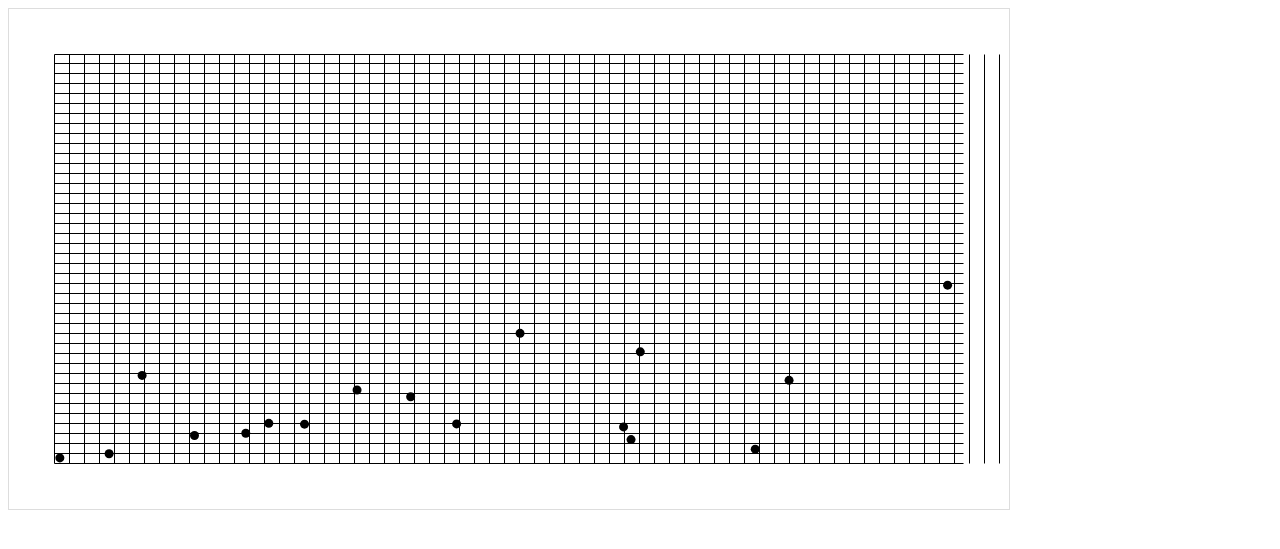
Repository: cw19931024/Demo
Page: canvas.html
The author's editor kept a copy of each file at every save. The page is drawn from the files as they stood at one save, then again after the next save.
The browser window is 1280 px wide. The pictures show the whole page.

Above is the page before, as saved 2017-07-27 17:29:10.

### canvas.html
<!DOCTYPE html>
<html lang="en">

<head>
    <meta charset="UTF-8">
    <meta name="viewport" content="width=device-width, initial-scale=1.0">
    <meta http-equiv="X-UA-Compatible" content="ie=edge">
    <style>
        canvas {
            width: 1000px;
            height: 500px;
            margin: 0 auto;
            border: 1px solid #ddd;
        }
    </style>
    <title>Document</title>
</head>

<body>
    <canvas id="canvas" width="1000" height="500"></canvas>
</body>
<script>
    var data = [
        [0.85, 2.57],
        [50.1, 6.72],
        [83.09, 85.11],
        [135.5, 25.01],
        [186.77, 27.26],
        [209.82, 37.15],
        [245.53, 36.37],
        [298.05, 70.5],
        [351.66, 63.7],
        [397.6, 36.61],
        [461.07, 127.13],
        [564.54, 33.59],
        [572.05, 20.88],
        [581.31, 108.68],
        [696.24, 11.35],
        [730.07, 80.13],
        [888.6, 175.31],
        [926.55, 664.02]
    ]

    data = args(data)
    var canvas = document.getElementById('canvas');
    var context = canvas.getContext('2d');
    var width = canvas.width;
    var height = canvas.height;
    padding = 45.5;

    context.beginPath();
    Edit('moveTo', [width - padding, height - padding])
    Edit('lineTo', [padding, height - padding])
    Edit('moveTo', [width - padding, padding])
    Edit('lineTo', [padding, padding])
    Edit('moveTo', [padding, padding])
    Edit('lineTo', [padding, height - padding])
    context.stroke();
    for (var i = 0; i < data.length; i++) {
        context.beginPath();
        context.arc(data[i][0] + padding + 4.5, (height - data[i][1] - padding - 3), 4.5, 0, Math.PI * 2, true)
        context.strokeStyle = '#000'
        context.fill();
    }

    for(var i = 0;i<parseInt(width-100/10);i++){
        context.beginPath();
        context.moveTo(15*(i+1)+padding,padding);
        context.lineTo(15*(i+1)+padding,height-padding);
        context.stroke()
    }

    for(var i=0;i<(height-100)/10;i++){
        context.beginPath();
        context.moveTo(padding,height-10*(i+1)-padding);
        context.lineTo(width-padding,height-10*(i+1)-padding);
        context.stroke()
    }

    function Edit(type, data) {
        return context[type](data[0], data[1]);
    }

    function args(data) {
        for (var i = 0; i < data.length; i++) {
            for (var j = i + 1; j < data.length; j++) {
                if (data[i][0] > data[j][0]) {
                    var x = data[i];
                    data[i] = data[j];
                    data[j] = x;
                }
            }
        }
        return data;
    }
</script>

</html>

After the next save:
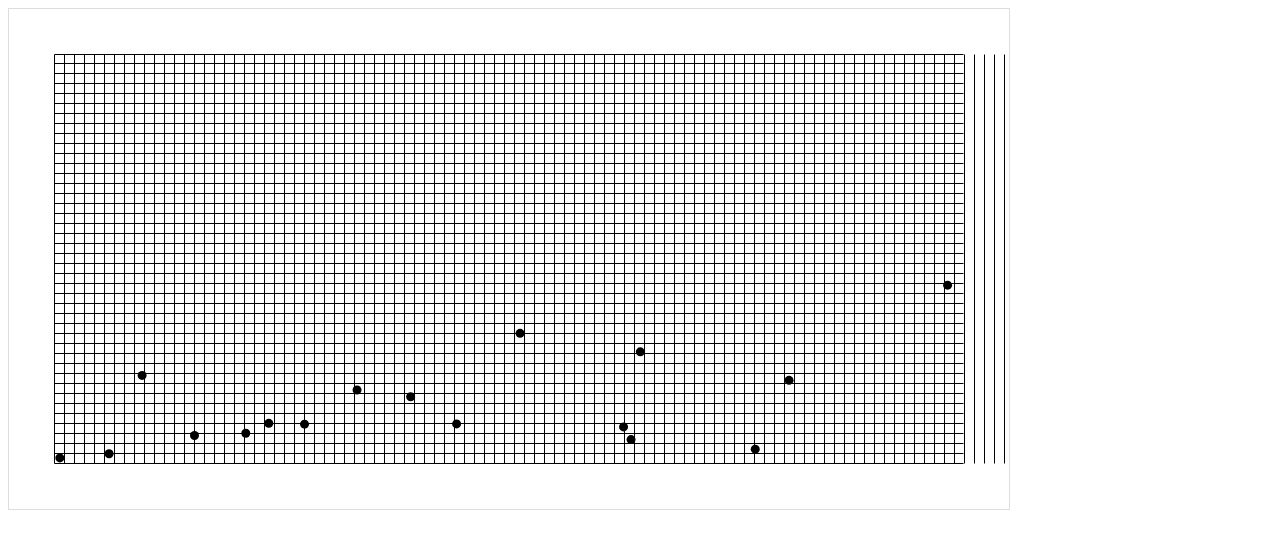
Saved 6 s later.
--- a/canvas.html
+++ b/canvas.html
@@ -65,8 +65,8 @@
 
     for(var i = 0;i<parseInt(width-100/10);i++){
         context.beginPath();
-        context.moveTo(15*(i+1)+padding,padding);
-        context.lineTo(15*(i+1)+padding,height-padding);
+        context.moveTo(10*(i+1)+padding,padding);
+        context.lineTo(10*(i+1)+padding,height-padding);
         context.stroke()
     }
 
